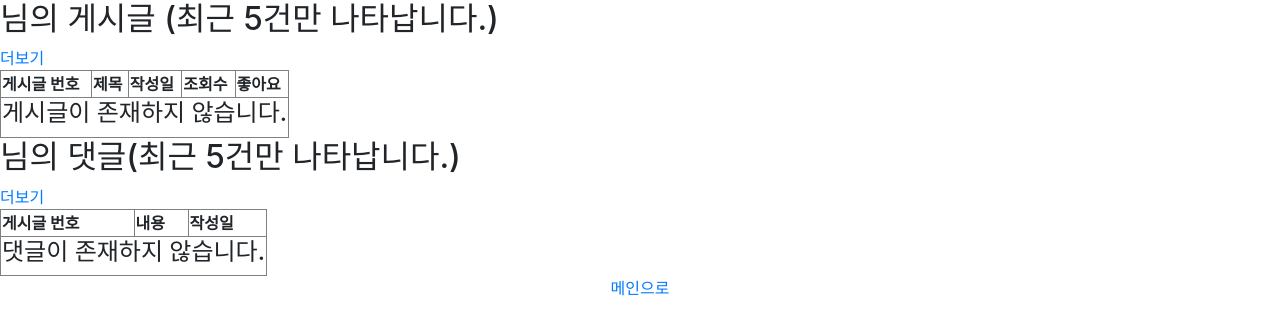
Repository: KimHeonSeung/TJE_Servlet_JSP
Page: http://localhost/kimheonseung/WEB-INF/forms/my_articles.jsp
The author's editor kept a copy of each file at every save. The page is drawn from the files as they stood at one save, then again after the next save.
The browser window is 1280 px wide. The pictures show the whole page.
The page is served by Tomcat 9. Nobody is signed in. Other server files are loaded and not shown. The template is opened directly, without the code that normally fills it, so the values that code supplies are empty.

Above is the page before, as saved 2019-06-26 08:50:43.
Console error: TypeError: Cannot read properties of undefined (reading 'fn')

### sources/kimheonseung/WebContent/WEB-INF/forms/my_articles.jsp
<%@ page language="java" contentType="text/html; charset=UTF-8"
    pageEncoding="UTF-8"%>
<%@ taglib prefix="c" uri="http://java.sun.com/jsp/jstl/core" %>
<!DOCTYPE html>
<html>
<head>
<meta charset="UTF-8">
<meta name="viewport" content="width=device-width, initial-scale=1, shrink-to-fit=no">
<link rel="stylesheet" href="https://stackpath.bootstrapcdn.com/bootstrap/4.3.1/css/bootstrap.min.css" integrity="sha384-ggOyR0iXCbMQv3Xipma34MD+dH/1fQ784/j6cY/iJTQUOhcWr7x9JvoRxT2MZw1T" crossorigin="anonymous">
<title>게시판</title>
</head>
<body>


	<caption><h2>${ login_user.user_id } 님의 게시글 (최근 5건만 나타납니다.)</h2><a href="<%= request.getContextPath() %>/my_detail_article.khs?user_id=${ login_user.user_id }">더보기</a></caption>
<table border=1 >
			<tr>
				<th>게시글 번호</th>
				<th>제목</th>
				<th>작성일</th>
				<th>조회수</th>
				<th>좋아요</th>
			</tr>

			<c:if test="${ empty articleList }" var="r">
			<tr>
				<th colspan="5"><h4>게시글이 존재하지 않습니다.</h4></th>
			</tr>
			</c:if>
			<c:if test="${ not r }">
				<c:forEach items="${ articleList }" var="article">
				<tr>
					<th>${ article.article_num }</th>
					<th><a href='<%= request.getContextPath() %>/detail_board.khs?article_num=${ article.article_num }'>
							${ article.article_title }
							[<c:forEach var="comment" items="${ articleNumAndCommentUserMap }">
								<c:if test="${ article.article_num eq comment.key }">
									${ comment.value }
								</c:if>
							</c:forEach>]
							</a></th>
					<th>${ article.write_date }</th>
					<th>${ article.read_count }</th>
					<th>${ article.like_count }</th>
				</tr>
				</c:forEach>
			</c:if>

</table>





<caption><h2>${ login_user.user_id } 님의 댓글(최근 5건만 나타납니다.)</h2><a href="<%= request.getContextPath() %>/my_detail_comment.khs?user_id=${ login_user.user_id }">더보기</a></caption>
<table border=1>
			<tr>
				<th>게시글 번호</th>
				<th>내용</th>
				<th>작성일</th>
			</tr>

			<c:if test="${ empty commentMyList }" var="r">
			<tr>
				<th colspan="5"><h4>댓글이 존재하지 않습니다.</h4></th>
			</tr>
			</c:if>
			<c:if test="${ not r }">
				<c:forEach items="${ commentMyList }" var="comment">
				<tr>
					<th>${ comment.article_num }</th>
					<th><a href='<%= request.getContextPath() %>/detail_board.khs?article_num=${ comment.article_num }'>
							${ comment.content }
							</a></th>
					<th>${ comment.write_time }</th>
				</tr>
				</c:forEach>
			</c:if>

</table>


<p align="center"><a href="<%= request.getContextPath() %>/main.khs">메인으로</a></p>


<script src="https://cdnjs.cloudflare.com/ajax/libs/popper.js/1.14.7/umd/popper.min.js" integrity="sha384-UO2eT0CpHqdSJQ6hJty5KVphtPhzWj9WO1clHTMGa3JDZwrnQq4sF86dIHNDz0W1" crossorigin="anonymous"></script>
<script src="https://stackpath.bootstrapcdn.com/bootstrap/4.3.1/js/bootstrap.min.js" integrity="sha384-JjSmVgyd0p3pXB1rRibZUAYoIIy6OrQ6VrjIEaFf/nJGzIxFDsf4x0xIM+B07jRM" crossorigin="anonymous"></script>
</body>
</html>

After the next save:
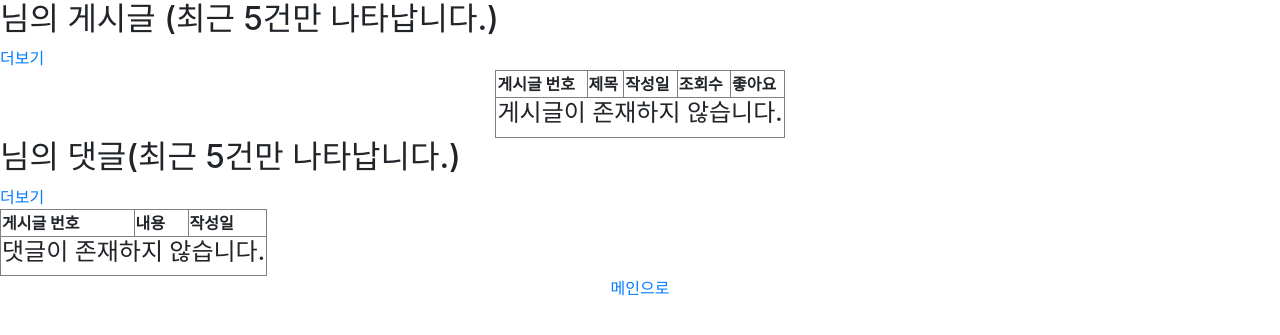
Saved 10 s later.
--- a/sources/kimheonseung/WebContent/WEB-INF/forms/my_articles.jsp
+++ b/sources/kimheonseung/WebContent/WEB-INF/forms/my_articles.jsp
@@ -13,7 +13,7 @@
 
 
 	<caption><h2>${ login_user.user_id } 님의 게시글 (최근 5건만 나타납니다.)</h2><a href="<%= request.getContextPath() %>/my_detail_article.khs?user_id=${ login_user.user_id }">더보기</a></caption>
-<table border=1 >
+<table border=1 style="margin-left: auto; margin-right: auto;">
 			<tr>
 				<th>게시글 번호</th>
 				<th>제목</th>
